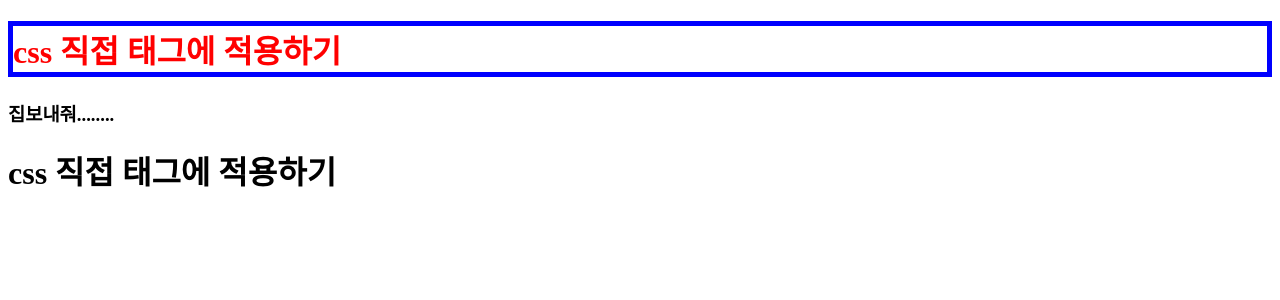
Repository: JeongHyeongKim/practice_myself
Page: Si_basic/WebProject/setp01_HTMLCS/WebContent/CSS/ex02_CSSExternal.html
An editor plug-in stored every save of this project. The page is shown before and after the next save, followed by the edit.
The browser window is 1280 px wide. The pictures show the whole page.

Above is the page before, as saved 2019-04-22 07:32:18.

After the next save:
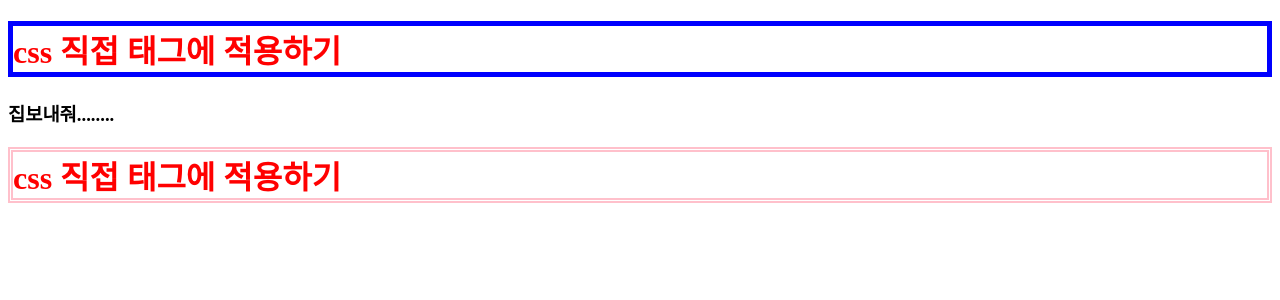
Saved 3 min 3 s later.
--- a/Si_basic/WebProject/setp01_HTMLCS/WebContent/CSS/ex02_CSSExternal.html
+++ b/Si_basic/WebProject/setp01_HTMLCS/WebContent/CSS/ex02_CSSExternal.html
@@ -3,6 +3,11 @@
 <head>
 	<meta charset="UTF-8">
 	<title>Insert title here</title>
+	<style>
+		/*This area is permitted to only css*/
+		/* 1. 태그에 적용하기*/
+		h1{color:red; border: double pink 5px;}
+	</style>
 </head>
 	<body>
 		<!-- 태그에 직접 css적용하면 간단하게 처리할 때 직관적으로 좋지만, 동일한 태그에 적용할 때는 반복해서 코드가 드간다. -->
